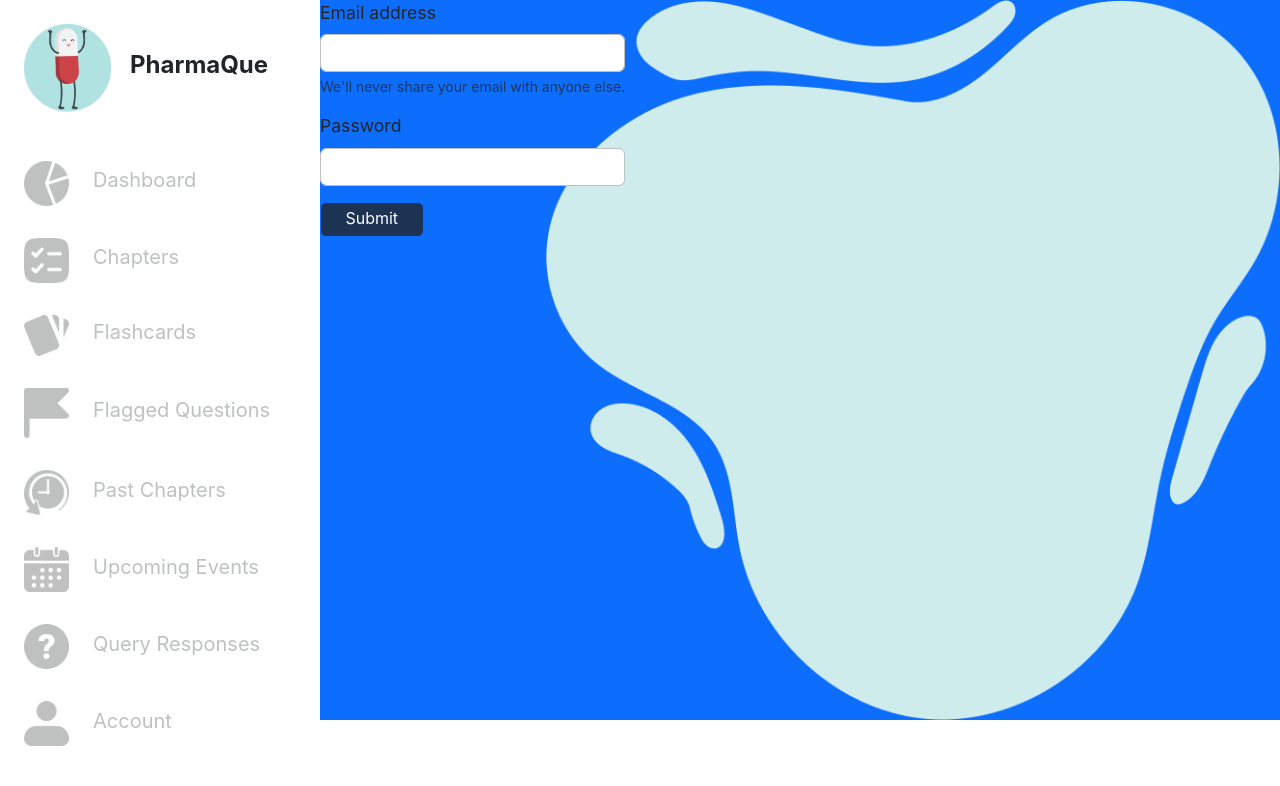
Repository: Kronium345/new_pharmaque_web_app
Page: /chat-room
The author's editor kept a copy of each file at every save. The page is drawn from the files as they stood at one save, then again after the next save.
The browser window is 1280 px wide. The pictures show the whole page.
The page's requests for data from a server got no answer. The project was rebuilt for these pictures with package versions that can differ from the ones it lists, and the page was loaded fresh each time. No one was signed in, and anything a server would have sent is missing. Also part of the build but not shown: src/pages/Login.js, src/pages/MyAccount.js, src/pages/UpcomingEvents.js, src/pages/UpcomingEvents2.js, src/pages/Chapters.js, src/pages/Dashboard.js, src/pages/FlaggedQuestions.js, src/pages/FlashcardQuestion.js and 33 more.

Above is the page before, as saved 2024-03-10 21:39:25.

### public/index.html
<!DOCTYPE html>
<html lang="en">
  <head>
    <meta charset="utf-8" />
    <link rel="icon" type="image/x-icon" href="images/favicon.ico">
    <link href="https://cdn.jsdelivr.net/npm/bootstrap@5.3.2/dist/css/bootstrap.min.css" rel="stylesheet" integrity="sha384-T3c6CoIi6uLrA9TneNEoa7RxnatzjcDSCmG1MXxSR1GAsXEV/Dwwykc2MPK8M2HN" crossorigin="anonymous">
    <link href="style.css" rel="stylesheet">
    <meta name="viewport" content="width=device-width, initial-scale=1" />
    <meta name="theme-color" content="#000000" />
    <meta
      name="description"
      content="Web site created using create-react-app"
    />
    <link rel="apple-touch-icon" href="%PUBLIC_URL%/logo192.png" />
    <!--
      manifest.json provides metadata used when your web app is installed on a
      user's mobile device or desktop. See https://developers.google.com/web/fundamentals/web-app-manifest/
    -->
    <link rel="manifest" href="%PUBLIC_URL%/manifest.json" />
    <!--
      Notice the use of %PUBLIC_URL% in the tags above.
      It will be replaced with the URL of the `public` folder during the build.
      Only files inside the `public` folder can be referenced from the HTML.

      Unlike "/favicon.ico" or "favicon.ico", "%PUBLIC_URL%/favicon.ico" will
      work correctly both with client-side routing and a non-root public URL.
      Learn how to configure a non-root public URL by running `npm run build`.
    -->
    <title>PharmaQue Web App</title>
  </head>
  <body>
    <noscript>You need to enable JavaScript to run this app.</noscript>
    <div id="root"></div>
    <!--
      This HTML file is a template.
      If you open it directly in the browser, you will see an empty page.

      You can add webfonts, meta tags, or analytics to this file.
      The build step will place the bundled scripts into the <body> tag.

      To begin the development, run `npm start` or `yarn start`.
      To create a production bundle, use `npm run build` or `yarn build`.
    -->

    <script src = "script.js"></script>
  </body>
</html>

### src/App.js
import Login from "./pages/Login";
import MyAccount from "./pages/MyAccount";
import UpcomingEvents from "./pages/UpcomingEvents";
import UpcomingEvents2 from "./pages/UpcomingEvents2";
import Chapters from "./pages/Chapters";
import Dashboard from "./pages/Dashboard";
import FlaggedQuestions from "./pages/FlaggedQuestions";
import FlashcardQuestion from "./pages/FlashcardQuestion";
import Flashcards from "./pages/Flashcards";
import ForgotPassword from "./pages/ForgotPassword";
import ForgotPassword2 from "./pages/ForgotPassword2";
import ForgotPassword3 from "./pages/ForgotPassword3";
import ForgotPassword4 from "./pages/ForgotPassword4";
import ResetPassword from "./pages/ResetPassword";
import PastChapters from "./pages/PastChapters";
import QueryResponses from "./pages/QueryResponses";
import CardioQuestion from "./pages/CardioQuestion";
import Results from "./pages/Results";
import SignUp from "./pages/SignUp";
import SignUp2 from "./pages/SignUp2";
import SignUp3 from "./pages/SignUp3";
import SignUp4 from "./pages/SignUp4";
import SignUp5 from "./pages/SignUp5";
// import QuizView from './pages/QuizView/QuizView';
// import ScoreView from './pages/ScoreView/ScoreView';
// import PastChapters from "./pages/PastChapters";

import { BrowserRouter as Router, Route, Routes } from "react-router-dom";
import "./App.css";
import CNSQuestion from "./pages/CNSQuestion";
import InfectionQuestion from "./pages/InfectionQuestion";
import RespiratoryQuestion from "./pages/RespiratoryQuestion";
import EndocrineQuestion from "./pages/EndocrineQuestion";
import AnaesthesiaQuestion from "./pages/AnaesthesiaQuestion";
import SkinQuestion from "./pages/SkinQuestion";
import NBQuestion from "./pages/NBQuestion";
import OphthalmologyQuestion from "./pages/OphthalmologyQuestion";
import MDIQuestion from "./pages/MDIQuestion";
import OGUQuestion from "./pages/OGUQuestion";
import MSKQuestion from "./pages/MSKQuestion";
import IPVQuestion from "./pages/IPVQuestion";
import ChatRoom from "./pages/ChatRoom";

function App() {
  return (
    <Router>
      <Routes>
        <Route exact path="/" Component={Login} />
        <Route path="/myaccount" Component={MyAccount} />
        <Route path="/upcomingevents" Component={UpcomingEvents} />
        <Route path="/upcomingevents2" Component={UpcomingEvents2} />
        <Route path="/chapters" Component={Chapters} />
        <Route path="/dashboard" Component={Dashboard} />
        <Route path="/flaggedquestions" Component={FlaggedQuestions} />
        <Route path="/flashcardquestion" Component={FlashcardQuestion} />
        <Route path="/flashcards" Component={Flashcards} />
        <Route path="/forgotpassword" Component={ForgotPassword} />
        <Route path="/forgotpassword2" Component={ForgotPassword2} />
        <Route path="/forgotpassword3" Component={ForgotPassword3} />
        <Route path="/forgotpassword4" Component={ForgotPassword4} />
        <Route path="/resetpassword/:token" Component={ResetPassword} />
        <Route path="/pastchapters" Component={PastChapters} />
        <Route path="/queryresponses" Component={QueryResponses} />
        <Route path="/cardioquestion" Component={CardioQuestion} />
        <Route path="/cnsquestion" Component={CNSQuestion} />
        <Route path="/infectionquestion" Component={InfectionQuestion} />
        <Route path="/respiratoryquestion" Component={RespiratoryQuestion} />
        <Route path="/endocrinequestion" Component={EndocrineQuestion} />
        <Route path="/anaesthesiaquestion" Component={AnaesthesiaQuestion} />
        <Route path="/skinquestion" Component={SkinQuestion} />
        <Route path="/nbquestion" Component={NBQuestion} />
        <Route
          path="/ophthalmologyquestion"
          Component={OphthalmologyQuestion}
        />
        <Route path="/mdiquestion" Component={MDIQuestion} />
        <Route path="/oguquestion" Component={OGUQuestion} />
        <Route path="/mskquestion" Component={MSKQuestion} />
        <Route path="/ipvquestion" Component={IPVQuestion} />
        <Route path="/results" Component={Results} />
        <Route path="/signup" Component={SignUp} />
        <Route path="/signup2" Component={SignUp2} />
        <Route path="/signup3" Component={SignUp3} />
        <Route path="/signup4" Component={SignUp4} />
        <Route path="/signup5" Component={SignUp5} />
        <Route path="/chat-room" Component={ChatRoom} />
      </Routes>
    </Router>
  );
}

export default App;

### src/pages/ChatRoom.js
// import React from "react";
// import "./chatRoom.scss";

// export default function ChatRoom() {
//   return (
//     <div class="chat">
//       <div class="contact bar">
//         <div class="name">Tony Stark</div>
//         <div class="seen">Today at 12:56</div>
//       </div>
//       <div class="messages" id="chat">
//         {/* <div class="time">Today at 11:41</div> */}
//         <div class="message parker">Hey, man! What's up, Mr Stark? 👋</div>
//         <div class="message stark">Kid, where'd you come from?</div>
//         <div class="message parker">Field trip! 🤣</div>
//         <div class="message parker">
//           Uh, what is this guy's problem, Mr. Stark? 🤔
//         </div>
//         <div class="message stark">
//           Uh, he's from space, he came here to steal a necklace from a wizard.
//         </div>
//       </div>
//       <div class="input">
//         <input placeholder="Type your message here!" type="text" />
//         <button className="btn send-button">Send</button>
//       </div>
//     </div>
//   );
// }

import axios from "axios";
import React, { useEffect } from "react";
import { useNavigate, Link } from "react-router-dom";

import "./chatRoom.scss";

const ChatRoom = () => {
  const navigate = useNavigate("");
  const [joined, setJoined] = React.useState(false);

  axios.defaults.withCredentials = true;
  useEffect(() => {
    axios.get("http://localhost:7171/auth/verify").then((res) => {
      if (res.data.status) {
      } else {
        navigate("/myaccount");
      }
    });
  }, []);

  return (
    <main>
      <div class="container-fluid p-0">
        <div class="row g-0">
          <div class="col-sm-3 leftnavigation p-4">
            <Link class="navbar-brand" to="/flaggedquestions">
              <img src="images/Logo.png" alt="PharmaQue Logo" class="logo1" />
              <span class="fs-4 fw-bold mx-3">PharmaQue</span>
            </Link>
            <Link to="/dashboard" class="removeunderline inactivelink">
              <p class="pt-5 pb-3 m-0">
                <img
                  src="images/DashboardGrey.png"
                  class="navigationicon"
                  alt="navigation"
                />
                <span class="fs-5 navigationoption mx-4">Dashboard</span>
              </p>
            </Link>
            <Link to="/chapters" class="removeunderline inactivelink">
              <p class="py-3 m-0">
                <img
                  src="images/ChaptersGrey.png"
                  class="navigationicon"
                  alt="navigation"
                />
                <span class="fs-5 navigationoption mx-4">Chapters</span>
              </p>
            </Link>
            <Link to="/flashcards" class="removeunderline inactivelink">
              <p class="py-3 m-0">
                <img
                  src="images/FlashcardsGrey.png"
                  class="navigationicon"
                  alt="navigation"
                />
                <span class="fs-5 navigationoption mx-4">Flashcards</span>
              </p>
            </Link>
            <Link to="/flaggedquestions" class="removeunderline inactivelink">
              <p class="py-3 m-0">
                <img
                  src="/images/FlaggedQuestionsGrey.png"
                  class="navigationicon"
                  alt="navigation"
                />
                <span class="fs-5 navigationoption mx-4">
                  Flagged Questions
                </span>
              </p>
            </Link>
            <Link to="/pastchapters" class="removeunderline inactivelink">
              <p class="py-3 m-0">
                <img
                  src="images/PastChaptersGrey.png"
                  class="navigationicon"
                  alt="navigation"
                />
                <span class="fs-5 navigationoption mx-4">Past Chapters</span>
              </p>
            </Link>
            <Link to="/upcomingevents" class="removeunderline inactivelink">
              <p class="py-3 m-0">
                <img
                  src="images/UpcomingEventsGrey.png"
                  class="navigationicon"
                  alt="navigation"
                />
                <span class="fs-5 navigationoption mx-4">Upcoming Events</span>
              </p>
            </Link>
            <Link to="/queryresponses" class="removeunderline inactivelink">
              <p class="py-3 m-0">
                <img
                  src="images/QueryResponsesGrey.png"
                  class="navigationicon"
                  alt="navigation"
                />
                <span class="fs-5 navigationoption mx-4">Query Responses</span>
              </p>
            </Link>
            <Link to="/myaccount" class="removeunderline inactivelink">
              <p class="py-3 m-0">
                <img
                  src="images/AccountGrey.png"
                  class="navigationicon"
                  alt="navigation"
                />
                <span class="fs-5 navigationoption mx-4">Account</span>
              </p>
            </Link>
          </div>
          <div className="col-sm-12 col-md-9">
            {joined ? (
              <div class="chat">
                <div class="contact bar">
                  <div class="name">Tony Stark</div>
                  <div class="seen">Today at 12:56</div>
                </div>
                <div class="messages" id="chat">
                  {/* <div class="time">Today at 11:41</div> */}
                  <div class="message parker">
                    Hey, man! What's up, Mr Stark? 👋
                  </div>
                  <div class="message stark">Kid, where'd you come from?</div>
                  <div class="message parker">Field trip! 🤣</div>
                  <div class="message parker">
                    Uh, what is this guy's problem, Mr. Stark? 🤔
                  </div>
                  <div class="message stark">
                    Uh, he's from space, he came here to steal a necklace from a
                    wizard.
                  </div>
                </div>
                <div class="input">
                  <input placeholder="Type your message here!" type="text" />
                  <button className="btn send-button">Send</button>
                </div>
              </div>
            ) : (
              <div className="mainbg d-flex bg-primary">
                <form>
                  <div class="mb-3">
                    <label for="exampleInputEmail1" class="form-label">
                      Email address
                    </label>
                    <input
                      type="email"
                      class="form-control"
                      id="exampleInputEmail1"
                      aria-describedby="emailHelp"
                    />
                    <div id="emailHelp" class="form-text">
                      We'll never share your email with anyone else.
                    </div>
                  </div>
                  <div class="mb-3">
                    <label for="exampleInputPassword1" class="form-label">
                      Password
                    </label>
                    <input
                      type="password"
                      class="form-control"
                      id="exampleInputPassword1"
                    />
                  </div>

                  <button type="submit" class="btn btn-primary">
                    Submit
                  </button>
                </form>
              </div>
            )}
          </div>
        </div>
      </div>

      <script src="script.js"></script>
    </main>
  );
};

export default ChatRoom;

### src/quiz-styles/reset.css
.mainbg {
    background-image: url("./Blob.png");
    background-repeat: no-repeat;
    background-position: right;
    background-size: contain;
    background-color: #E9FFF9;
    min-height: 100vh;
}

.logo {

    max-width: 100px;
}

.smallicon {
    max-width: 25px;
    max-height: auto;
}

.smallericon {
    max-width: 20px;
    max-height: auto;
}

.tinyicon {
    max-width: 10px;
    max-height: auto;
}

.leftside {
    background-color: white;
    border-top-left-radius: 2%;
    border-bottom-left-radius: 2%;
}

.rightside {
    background-color: #9ED8D8;
    border-top-right-radius: 2%;
    border-bottom-right-radius: 2%;
}

.leftalign {
    text-align: left;
}

.form-label {
    font-size: 1.1rem;
}


.floatright {
    float: right;
}

.link {
    text-decoration: none;
    color: #212529;
}

.link:hover {
    font-weight: bold;
    text-decoration: underline;
}

.btn-primary {
    background-color: #1D3354;
    padding-top: 1%;
    padding-bottom: 2%;
    padding-left: 8%;
    padding-right: 8%;
}

.back {
    padding-left: 0%;
}

.btn-primary:hover {
    background-color: #212529;

}

### public/style.css
body {
  font: Helvetica;
}

.center {
  text-align: center;
}


.logo {

  max-width: 100px;
}

.logo1 {
  max-width: 90px;
}

.icon {
  max-width: 80px;
}

.midsizeicon {
  max-width: 70px;
}

.littlemidsizeicon {
  max-width: 60px;
}

.mediumicon {
  max-width: 40px;
}

.moderateicon {
  max-width: 30px;
}

.inline {
  display: inline !important;
}

.mainbg {
  background-image: url(images/Blob.png);
  background-repeat: no-repeat;
  background-position: right;
  background-size: contain;
  background-color: #E9FFF9;
}

.smallicon {
  max-width: 25px;
  max-height: auto;
}

.smallericon {
  max-width: 20px;
  max-height: auto;
}

.tinyicon {
  max-width: 10px;
  max-height: auto;
}

.leftside {
  background-color: white;
  border-top-left-radius: 2%;
  border-bottom-left-radius: 2%;
}

.rightside {
  background-color: #9ED8D8;
  border-top-right-radius: 2%;
  border-bottom-right-radius: 2%;
}

.leftalign {
  text-align: left;
}

.form-label {
  font-size: 1.1rem;
}


.floatright {
  float: right;
}

.link {
  text-decoration: none;
  color: #212529;
}

.link:hover {
  font-weight: bold;
  text-decoration: underline;
}

.btn-primary {
  background-color: #1D3354;
  padding-top: 1%;
  padding-bottom: 2%;
  padding-left: 8%;
  padding-right: 8%;
}

.back {
  padding-left: 0%;
}

.btn-primary:hover {
  background-color: #212529;

}

@media only screen and (max-width: 576px) {

  .leftside {
    background-color: white;
    border-top-left-radius: 2%;
    border-top-right-radius: 2%;

    border-bottom-left-radius: 0%;
    border-bottom-right-radius: 0%;

  }

  .rightside {
    background-color: #9ED8D8;
    border-bottom-left-radius: 2%;
    border-bottom-right-radius: 2%;

    border-top-left-radius: 0%;
    border-top-right-radius: 0%;
  }

  .back {
    padding-left: 0%;
    float: left !important;
    margin-top: 0% !important;
  }

}

.leftnavigation {
  background-color: #FFFFFF;
  min-height: 100vh;
}

.maincontent {
  background-color: #A9E2E2;
  min-height: 100vh;
}

.navigationicon {
  max-width: 45px;
  display: inline;
}

.navigationoption {
  display: inline;

}

.removeunderline {
  text-decoration: none;
}

.removeunderline:hover {
  text-decoration: underline;
}

.activelink {
  color: #1D3354;
}

.activelink:hover {
  color: #1D3354;
  font-weight: bold;
}

.inactivelink {
  color: #BFC0C0;
}

.inactivelink:hover {
  color: #BFC0C0;
  font-weight: bold;
}

.navybluetext {
  color: #1D3354;
}

.greytext {
  color: #475467;
}

.card {
  border: 0px;
}

.circular-progress {

  --size: 240px;
  --half-size: calc(var(--size) / 2);
  --stroke-width: 30px;
  --radius: calc((var(--size) - var(--stroke-width)) / 2);
  --circumference: calc(var(--radius) * pi * 2);
  --dash: calc((var(--progress) * var(--circumference)) / 100);
  animation: progress-animation 1s linear 0s 1 forwards;
}

.circular-progress circle {
  cx: var(--half-size);
  cy: var(--half-size);
  r: var(--radius);
  stroke-width: var(--stroke-width);
  fill: none;
  stroke-linecap: round;
}

.circular-progress circle.bg {
  stroke: #ddd;
}

.circular-progress circle.fg {
  transform: rotate(-90deg);
  transform-origin: var(--half-size) var(--half-size);
  stroke-dasharray: var(--dash) calc(var(--circumference) - var(--dash));
  transition: stroke-dasharray 0.3s linear 0s;
  stroke: #1D3354;
}

@property --progress {
  syntax: "<number>";
  inherits: false;
  initial-value: 0;
}

@keyframes progress-animation {
  from {
    --progress: 0;
  }

  to {
    --progress: 25;
  }
}

.borderbottom {
  border-bottom: 1px solid #BFC0C0;
}

.bordertop {
  border-top: 1px solid #BFC0C0;
}

.halveopacity {
  opacity: 50%;
}

.navybluebg {
  background-color: #1D3354;
}

.whitetext {
  color: #FFFFFF;
}

.borderradius {
  border-radius: 10px;
}

.form-control {
  border-right: solid 1px #1D3354;
  border-top: solid 1px #1D3354;
  border-bottom: solid 1px #1D3354;
  border-left: 0px;
}

.input-group-text {
  background-color: #FFFFFF;
  border-left: solid 1px #1D3354;
  border-top: solid 1px #1D3354;
  border-bottom: solid 1px #1D3354;
  border-right: 0px;
}

.mediumbluebg {
  background-color: #4A5C76;
}

.whitebg {
  background-color: #FFFFFF;
}

.pseudobutton {
  border-radius: 6px;
  max-width: 158px;
}

.redtext {
  color: #E0243C;
}

.mediumbluetext {
  color: #467599;
}

.btn-secondary {
  width: 50%;
  border: 1px solid #BFC0C0;
  border-radius: 10px;
  background-color: #FFFFFF;
  text-align: left;
  color: #1D3354;
}

.btn-secondary:hover {
  width: 50%;
  border: 1px solid #999A9A;
  border-radius: 10px;
  background-color: #DDDDDD;
  text-align: left;
  color: #1D3354;
}

.btn-deactivated {
  background-color: #BFC0C0;
  color: #FFFFFF;
}


.btn-deactivated:hover {
  background-color: #999A9A;
  color: #FFFFFF;
}

.fitcontent {
  width: fit-content;
}

.form-control {
  border: solid 1px #BFC0C0;
}

.aligntop {
  vertical-align: top;
}

.buttonstyle {
  background-color: transparent;
  border: none;
  padding: 0px;
  margin: 0px;
}

.navybluebg {
  background-color: #1D3354;
}

.frontcardbg {
  background-color: #D9D9D9;
  border-radius: 10px;

}

.flipbutton {
  background-color: transparent;
  border: none;
}

.backcardbg {
  background-color: #1D3354;
  border-radius: 10px;
  transform: rotateY(180deg);
  position: absolute;
  width: 100%;
}

.maincard {
  transform-style: preserve-3d;
  transform-origin: center right;
  transition: all 0.5s;
}

.bothcards {
  backface-visibility: hidden;
}

.flipped {
  transform: translateX(-100%) rotateY(-180deg);
}

.hide {
  display: none;
}

.rotate {
  transform: rotate(180deg);
}

.lightgrey {
  background-color: #D2D6DD;
  border-radius: 8px;

}

.addeventbutton {
  background-color: transparent;
  border: none;
}

.floatleft {
  float: left;
}

.btn-tertiary {
  background-color: #4A5C76;
  color: #FFFFFF;
  border-radius: 10px;
  width: 25%;
  border: 0px;
}

.btn-tertiary:hover {
  background-color: #313d4e;
  color: #FFFFFF;
}

.mediumnavytext {
  color: #4A5C76;
}

.btn-outline-secondary {
  background-color: #4A5C76;
  color: #FFFFFF;
  border-radius: 0px 10px 10px 0px;
}

.btn-outline-secondary:hover {
  background-color: #313d4e;
  color: #FFFFFF;
}

.form-select {
  border: 1px solid #BFC0C0;
}

.progress {
  background-color: #FFFFFF;
}

.progress-bar {
  background-color: #1D3354;
}

.form-check {
  background-color: #FFFFFF;
  border: solid 1.5px #BFC0C0;
  border-radius: 10px;
}


.form-check-input {
  float: right !important;
  border: 1.5px solid #1D3354;

}

.form-check-input:checked {
  background-color: #1D3354;
  border-color: #1D3354;
}


input[type="radio"]:checked+label {
  border: 4px solid #1D3354;
  border-radius: 50%;
}

.pointercursor {
  cursor: pointer;
}

.verticalcenter {
  display: flex;
  align-items: center;
}

.halfopacity {
  opacity: 50%;
}

.fullborder {
  border: 1px solid #BFC0C0;
  border-radius: 10px;
}

.checkboxsize {
  width: 16px;
  height: 16px;
  accent-color: #1D3354;
}

.flip-card {
  background-color: transparent;
  width: 100%;
  height: 100%;
  border-radius: 10px;
  z-index: 10000;
}

.flip-card-inner {
  position: relative;
  width: 100%;
  min-height: 200px;
  text-align: center;
  transition: transform 0.6s;
  transform-style: preserve-3d;
}

.flip-card-front,
.flip-card-back {
  position: absolute;
  width: 100%;
  -webkit-backface-visibility: hidden;
  backface-visibility: hidden;
}

.flip-card-front {
  background-color: #bbb;
  border-radius: 10px;
  color: black;
}

.flip-card-back {
  background-color: #2980b9;
  color: white;
  transform: rotateY(180deg);
}

### public/script.js
const tile = document.querySelector(".maincard");

tile.addEventListener("click", function () {
  tile.classList.toggle("flipped");
});

function toggleQuestion() {
  var element = document.querySelector(".questionholder");
  element.classList.toggle("hide");

  var x = document.querySelector(".questionshowingtext");
  if (x.innerHTML === "Show Question") {
    x.innerHTML = "Hide Question";
  } else {
    x.innerHTML = "Show Question";
  }

  var y = document.querySelector(".showquestionicon");
  y.classList.toggle("rotate");
}

Loaded but not shown: src/index.js (common file); src/index.css (common file); src/reportWebVitals.js (common file)

After the next save:
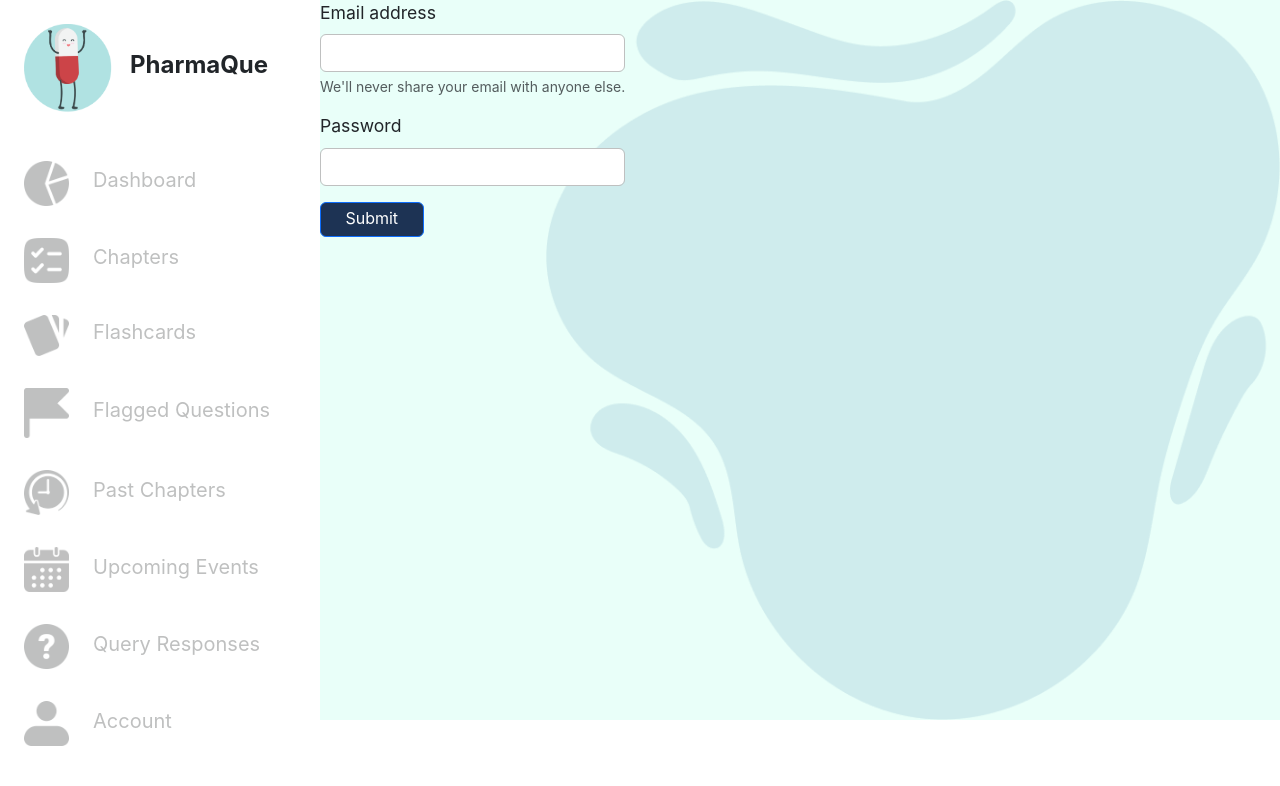
Saved 6 s later.
--- a/src/pages/ChatRoom.js
+++ b/src/pages/ChatRoom.js
@@ -168,7 +168,7 @@ const ChatRoom = () => {
                 </div>
               </div>
             ) : (
-              <div className="mainbg d-flex bg-primary">
+              <div className="mainbg d-flex ">
                 <form>
                   <div class="mb-3">
                     <label for="exampleInputEmail1" class="form-label">
